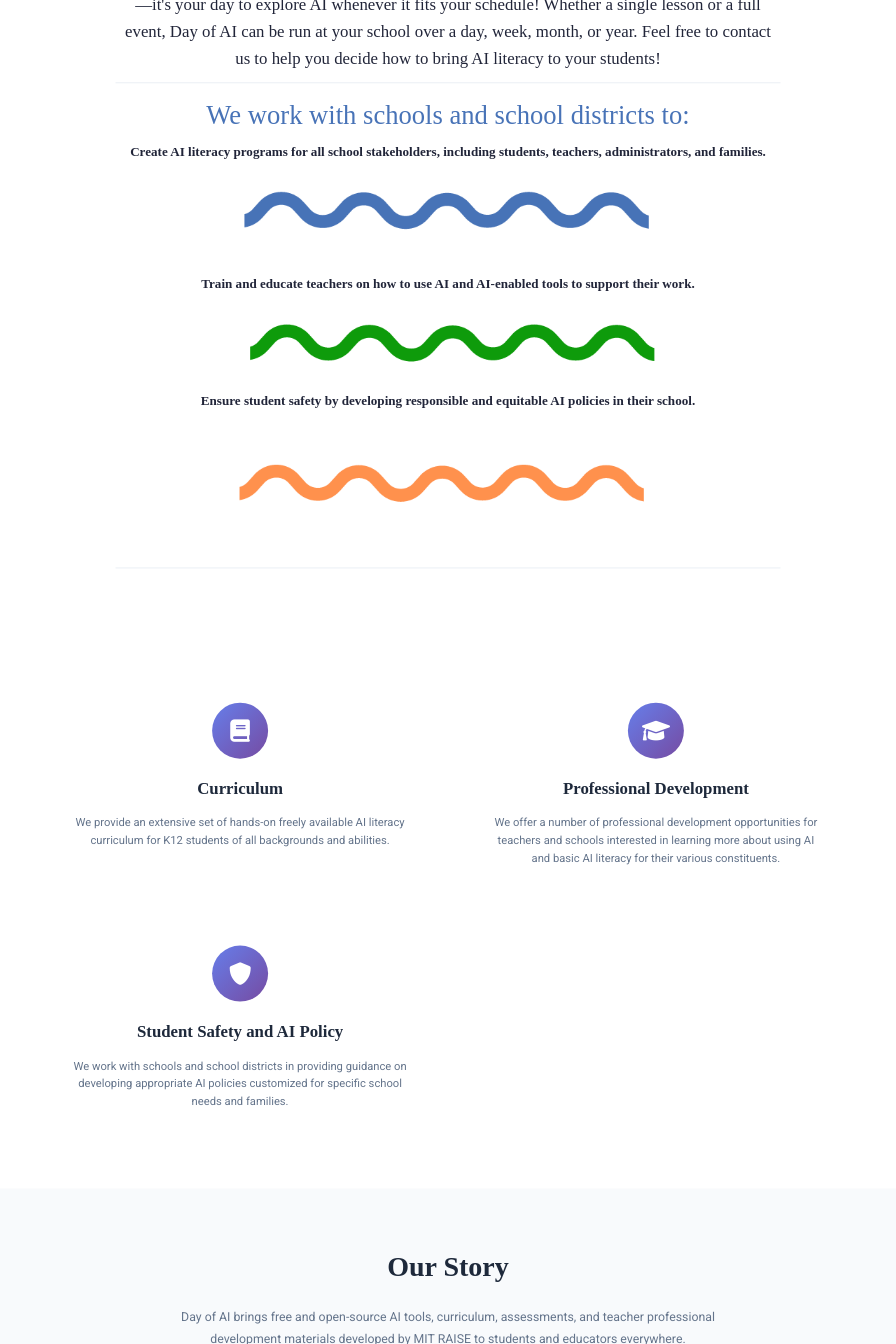
Repository: dinhtri123/dayofai
Page: index.html
These files come from the project's save history. The page is drawn as it stood at one moment and after the next save; the edit follows.
The browser window is 1280 px wide. The pictures show the part of the page from y = 817 to 2737 px (the page is 4196 px tall before and 3931 px after), at 70% of full size.
A picture or video elsewhere on the page could not be fetched, so the positions and the page height are approximate. Some web fonts or font styles are not loaded; a fallback is used.

Above is the page before, as saved 2025-06-29 08:48:19.

After the next save:
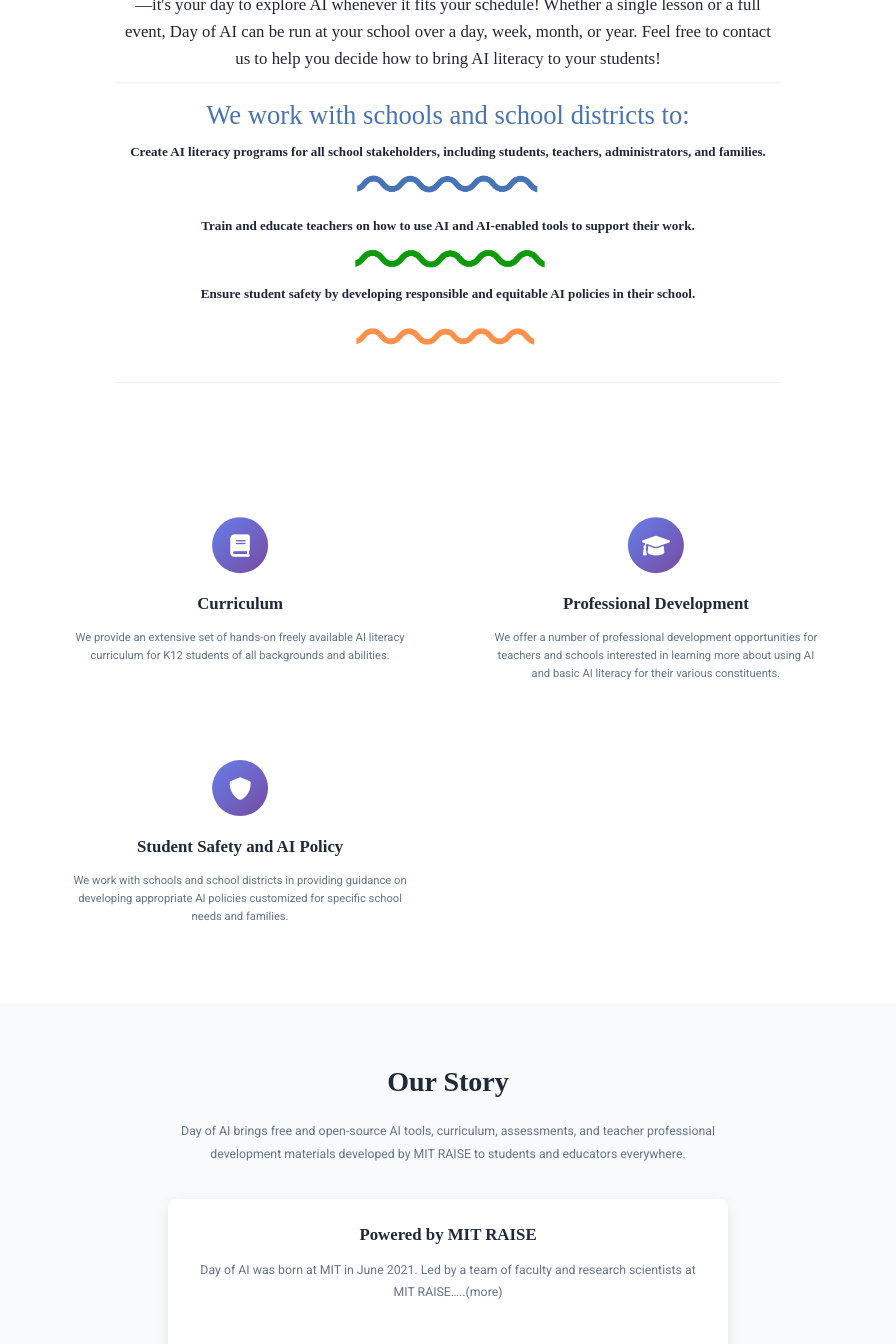
Saved 19 s later.
--- a/styles.css
+++ b/styles.css
@@ -308,7 +308,10 @@
 .service-card h3 {
   color: #212539;
 }
-
+.service-card img {
+  max-width: 300px;
+  margin: 0 auto;
+}
 
 /* Features Section */
 .features {
